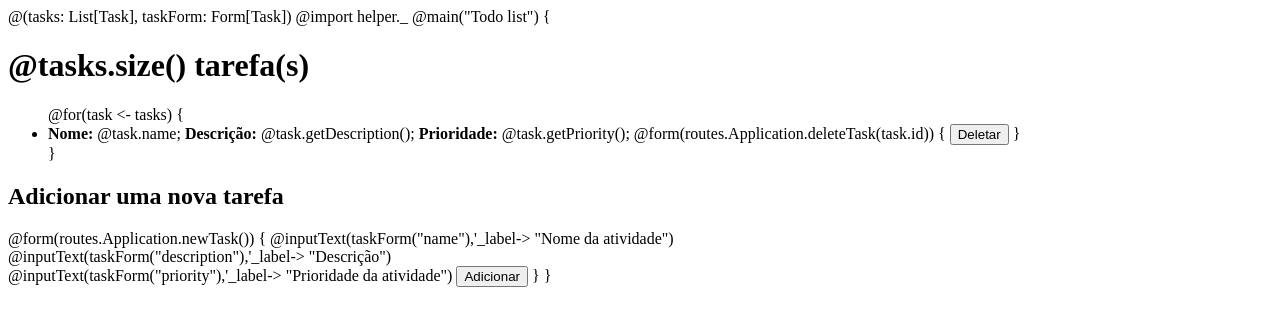
Repository: analuizamtg/si1
Page: lab2/todolist/.target/views/index.scala.html
An editor plug-in stored every save of this project. The page is shown before and after the next save, followed by the edit.
The browser window is 1280 px wide. The pictures show the whole page.

Above is the page before, as saved 2013-11-26 22:10:33.

After the next save:
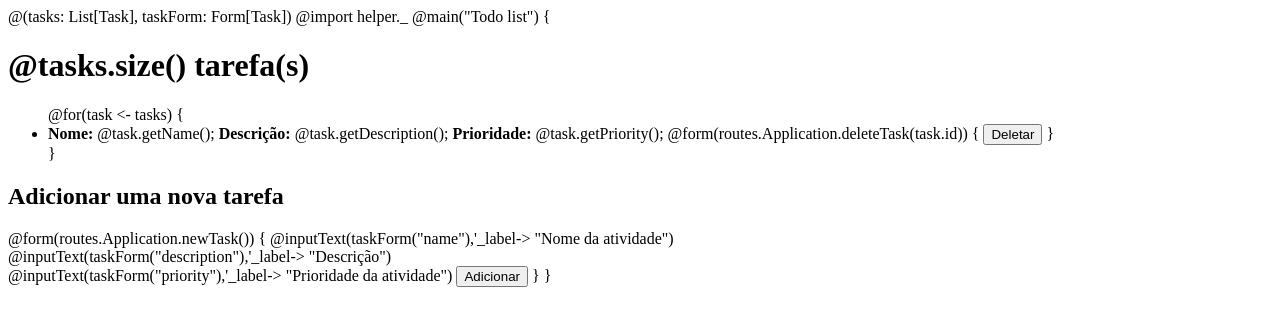
Saved 6 s later.
--- a/lab2/todolist/.target/views/index.scala.html
+++ b/lab2/todolist/.target/views/index.scala.html
@@ -9,7 +9,7 @@
     <ul>
         @for(task <- tasks) {
             <li>
-                <b>Nome:</b> @task.name;
+                <b>Nome:</b> @task.getName();
                 <b>Descrição:</b>  @task.getDescription();
                 <b>Prioridade:</b> @task.getPriority();
 
